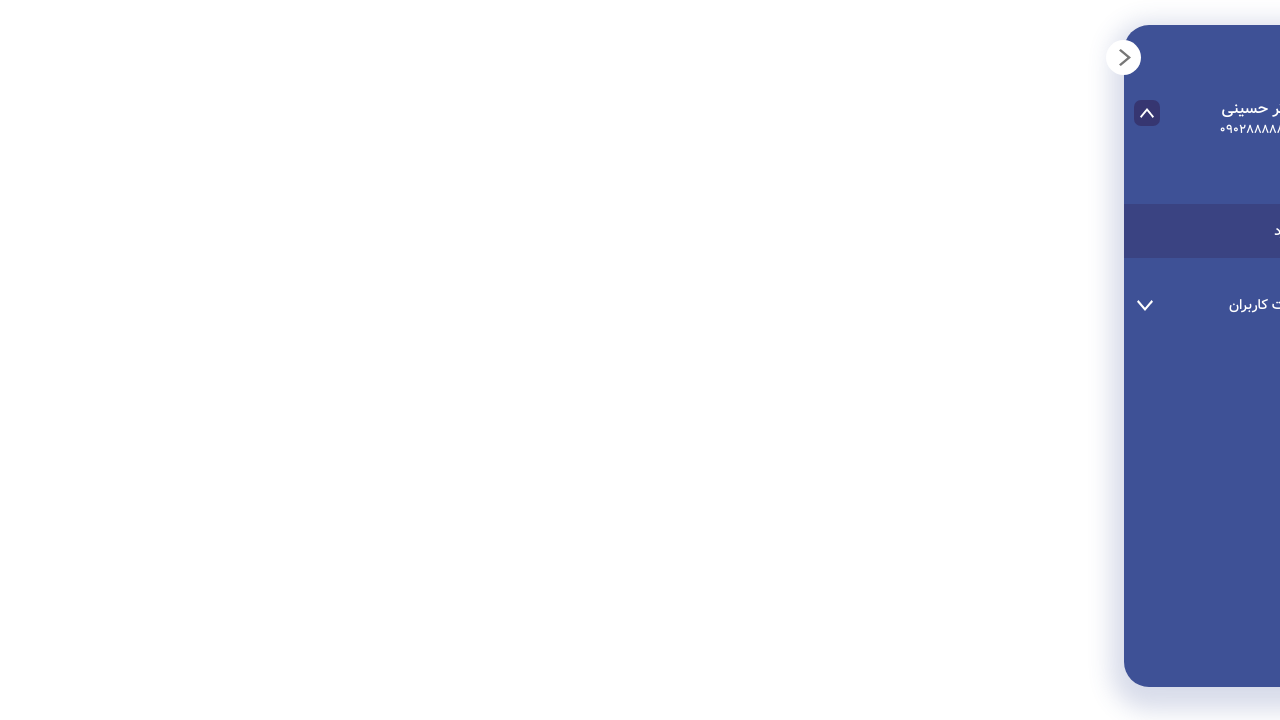
Repository: kosar78/quiz-online
Page: manager-panel-dashbord.html
The author's editor kept a copy of each file at every save. The page is drawn from the files as they stood at one save, then again after the next save.
The browser window is 1280 px wide. The pictures show the whole page.
After loading, the first visible `li.manage-profile` was clicked once.

Above is the page before, as saved 2021-11-09 01:29:58.

### manager-panel-dashbord.html
<!DOCTYPE html>
<html lang="en">
<head>
    <meta charset="UTF-8">
    <meta name="viewport" content="width=device-width, initial-scale=1.0">
    <link rel="stylesheet" href="css/manager-panel.css">
    <link rel="stylesheet" href="bootstrap_files/css/bootstrap.min.css">
    <script type="text/javascript" src="JQuery_file/jQuery.js"></script>
    <script type="text/javascript" src="bootstrap_files/js/bootstrap.min.js"></script>
    <script type="text/javascript" src="js/manager-panel.js"></script>
    <title>پنل مدیر- داشبورد</title>
</head>
<body>
    <div class="container-fluid">
        <div class="row">
            <div class="col-xl-3 sidebar-parent">
                <div class="resize-sidebar">
                    <img src="images/right.svg" alt="">
                </div>
                <div class="sidebar">
                    <ul class="user-profile">
                        <li class="user-img">
                            <img src="images/Cute-Kids-Baby-Girl-Toddler-SDL005498623-2-ce2cf.JPEG" alt="">
                        </li>
                        <li class="user-name-phone">
                            <p class="user-name">
                                کوثر حسینی
                            </p>
                            <p class="user-phone">
                                09028888888
                            </p>
                        </li>
                        <li class="manage-profile">
                            <img class="bottom show" src="images/bottom.svg" alt="">
                            <img class="top hide" src="images/top.svg" alt="">
                        </li>
                    </ul>
                    <div class="manage-profile-menubar hide">
                        <div>
                            <ul class="mp-menubar">
                                <li><img src="images/manage-profile-icon.svg" alt="" class="mp-icon"></li>
                                <li class="mp-name">
                                    پروفایل
                                </li>
                            </ul>
                            <ul class="mp-menubar">
                                <li><img src="images/change-pass-icon.svg" alt="" class="mp-icon"></li>
                                <li class="mp-name">
                                    تغییر رمز عبور
                                </li>
                            </ul>
                            <ul class="mp-menubar">
                                <li><img src="images/profile-manage-exit-icon.svg" alt="" class="mp-icon"></li>
                                <li class="mp-name">
                                    خروج
                                </li>
                            </ul>
                        </div>
                    </div>
                    <ul class="sidebar-case active-case dashbord">
                        <div class="v-line"></div>
                        <li class="case-icon">
                            <img src="images/dashbord-icon.svg" alt="">
                        </li>
                        <li class="case-name">
                            داشبورد
                        </li>
                    </ul>
                    <ul class="sidebar-case user-management">
                        <div class="v-line"></div>
                        <li class="case-icon">
                            <img src="images/user-management-icon.svg" alt="">
                        </li>
                        <li class="case-name">
                            مدیریت کاربران
                        </li>

                        <li class="user-mangement-cases-icon bottom-a">
                            <img src="images/bottom.svg" alt="">
                        </li>
                    </ul>
                    <div class="user-management-cases hide">
                        <ul class="user-management-case">
                            <li class="umc-icon"><img src="images/teacher-icon-hide.svg" alt=""></li>
                            <li class="umc-name">
                                استاد
                            </li>
                        </ul>
                        <ul class="user-management-case">
                            <li class="umc-icon"><img src="images/student-icon-hide.svg" alt=""></li>
                            <li class="umc-name">
                                دانشجو
                            </li>
                        </ul>
                        <ul class="user-management-case">
                            <li class="umc-icon"><img src="images/course-icon-hide.svg" alt=""></li>
                            <li class="umc-name">
                                درس
                            </li>
                        </ul>
                    </div>
                </div>
            </div>
            <div class="col-xl-9">

            </div>
        </div>
    </div>
</body>
</html>

### css/manager-panel.css
@font-face {
    font-family: FirstFont;
    src:url(../font/Vazir-Medium.woff2) format('woff2');
    src:url(../font/Vazir-Medium-FD-WOL.woff2) format('woff2');
  }
* {
    margin: 0;
    padding: 0;
    user-select: none;
    -moz-user-select: none;
    -khtml-user-select: none;
    -webkit-user-select: none;
    -o-user-select: none;
    text-align: right;
    text-decoration:none;
}
html body {
    direction: rtl;
    font-family:FirstFont;
    text-align: center;

}

ul li{
    display: inline-block;
    list-style: none;
}
.sidebar-parent{
    padding: 25px 30px !important;
    position: relative;
}
.sidebar{
    width: 100%;
    height: 92vh;
    background-color: #3E5196;
    border-radius: 25px;
    box-shadow: 0px 10px 23px 13px rgba(62, 81, 150, 0.2);

}
.resize-sidebar{
    border-radius: 50%;
    width: 35px;
    text-align: center;
    height: 35px;
    position: absolute;
    padding-top: 6px;
    top: 40px;
    background: #fff;
    padding-left: 3px;
    left: 12px;
    cursor: pointer;
}
.resize-sidebar img{
    width: 12px;
}
.user-img img{
    width: 55px;
    height: 55px;
    border-radius: 50%;
}
.user-profile{
    padding-right: 15px;
    padding-top: 60px;

}
.user-name-phone p{
    margin-bottom: 0 !important;
    color: #fff;
}
.user-name-phone{
    position: relative;
    top: 12px;
    right: 10px;
    width: 59%;
}
.user-phone{
    font-size: 12px;
}
.user-name{
    /* width: 140px; */
    height: auto;
}
.manage-profile{
    background-color: #363671;
    padding: 8px 6px;
    border-radius: 7px;
    cursor: pointer;
    position: absolute;
    left: 40px;
    margin-top: 15px;
}
.manage-profile img{
    width: 14px;
}
.sidebar-case{
    padding-right: 25px;
    padding-top: 15px;
    padding-bottom: 15px;
    margin-bottom: 0px !important;
    margin-top: 20px;

}
.dashbord{
    margin-top: 60px;
}
.sidebar-case li{
    cursor: pointer;
}
.active-case .v-line{
    background: #fff;
    width: 8px;
    position: absolute;
    height: 54px;
    top: 0;
    right: 0;
}
.active-case{
    background: rgba(54, 54, 113, 0.5);
    position: relative;
}
.case-name{
    width: 64%;
    color: #fff;
    margin-right: 15px;
    font-size: 14px;
}
.user-management .case-name{
    margin-right: 9px;
}
.user-management-case{
    margin-bottom: 0px !important;
    padding: 10px 0;
}
.user-management-case li{
    cursor: pointer;
}
.user-management-case .umc-icon img{
    width: 25px;
}
.user-management-cases{
    padding-right: 65px;
}
.user-management-case .umc-name{
    font-size: 15px;
    color: rgba(255, 255, 255, 0.8);
    padding-right: 12px;
}
.manage-profile-menubar{
    left: 40px;
    margin-top: -25px;
    position: absolute;
    z-index: 1;
}
.manage-profile-menubar div{

    background-color: #363671;
    border-radius: 10px;
    width: max-content;
}
.manage-profile-menubar .mp-menubar{
    margin-bottom: 0;
    padding: 15px;
}
.manage-profile-menubar .mp-name{
    color: #fff;
    font-size: 13px;
    padding-right: 12px;
    padding-left: 25px;
}
.manage-profile-menubar .mp-menubar li{
    cursor: pointer;
}
.user-mangement-cases-icon{
    position: absolute;
    left: 43px;
}
.hide{
    display: none;
}
.show{
    display: block;
}

### js/manager-panel.js
$(document).ready(function(){
    $(".manage-profile").click(function(){
        if($(".bottom").hasClass("show")){
            $(".bottom").removeClass("show")
            $(".bottom").addClass("hide")
            $(".top").addClass("show")
            $(".top").removeClass("hide")
        }
        else if($(".bottom").hasClass("hide")){
            $(".bottom").removeClass("hide")
            $(".bottom").addClass("show")
            $(".top").addClass("hide")
            $(".top").removeClass("show")
        }

    })



})

Loaded but not shown: bootstrap_files/css/bootstrap.min.css (library); JQuery_file/jQuery.js (library); bootstrap_files/js/bootstrap.min.js (library)

After the next save:
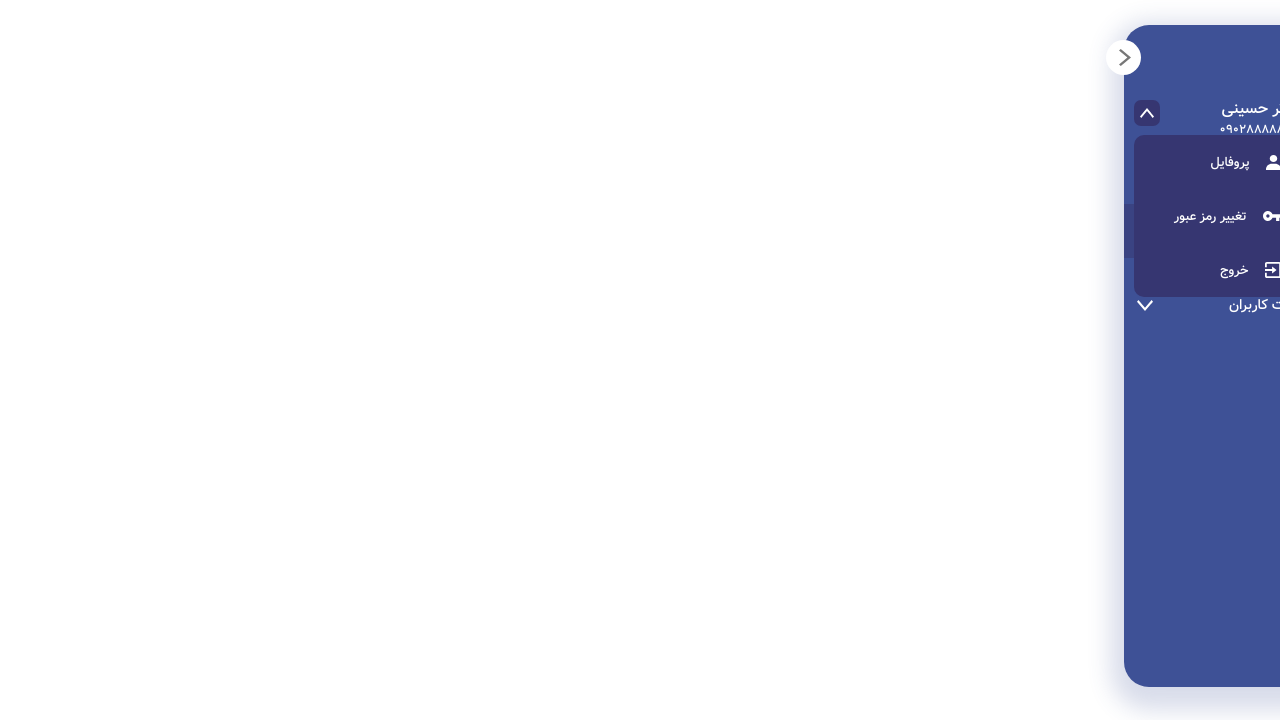
Saved 41 s later.
--- a/js/manager-panel.js
+++ b/js/manager-panel.js
@@ -5,6 +5,8 @@ $(document).ready(function(){
             $(".bottom").addClass("hide")
             $(".top").addClass("show")
             $(".top").removeClass("hide")
+            $(".manage-profile-menubar").removeClass("hide")
+            $(".manage-profile-menubar").addClass("show")
         }
         else if($(".bottom").hasClass("hide")){
             $(".bottom").removeClass("hide")
